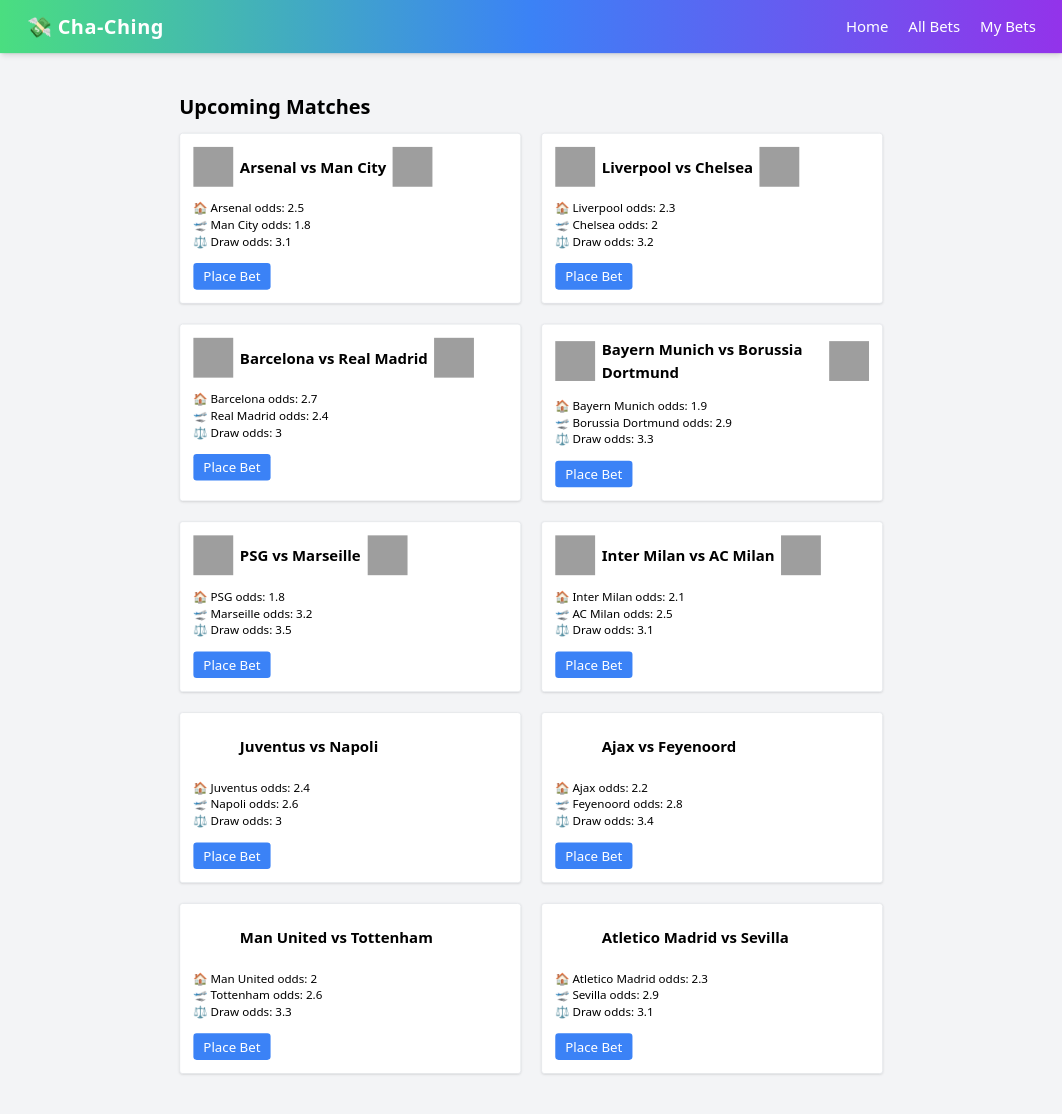
Repository: PEEZYBEE/cha-ching
Page: /bets
These files come from the project's save history. The page is drawn as it stood at one moment and after the next save; the edit follows.
The browser window is 1280 px wide. The pictures show the whole page, at 83% of full size.
Pictures or frames that could not be fetched are drawn as grey boxes. The project was rebuilt for these pictures with package versions that can differ from the ones it lists, and the page was loaded fresh each time. Requests to the local data server were answered from the project's data file. Also part of the build but not shown: vite.config.js, src/pages/HomePage.jsx, src/components/BetForm.jsx, src/pages/MyBetsPage.jsx, src/pages/ResultsPage.jsx.

Above is the page before, as saved 2025-04-20 17:35:35.

After the next save:
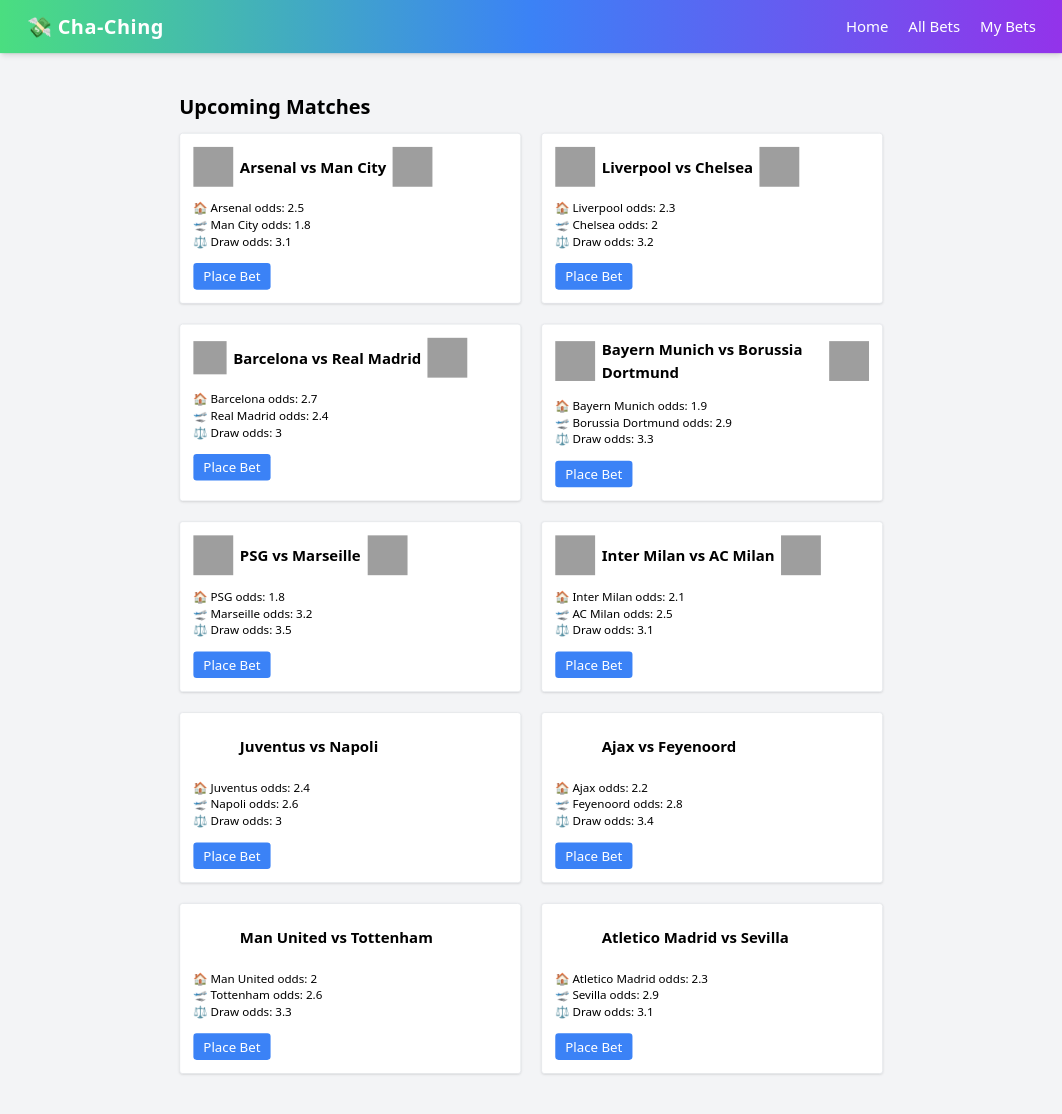
Saved 4 min 30 s later.
--- a/src/components/MatchCardFixed.jsx
+++ b/src/components/MatchCardFixed.jsx
@@ -1,15 +1,28 @@
 export default function MatchCardFixed({ match, onPlaceBet }) {
+  const smallLogoTeams = ["Barcelona"]; // Add more teams here if needed
+
+  const getLogoClass = (team) =>
+    smallLogoTeams.includes(team) ? "h-10 w-10" : "h-12 w-12";
+
   return (
     <div className="border p-4 rounded shadow bg-white">
-    <div className="flex items-center justify-between mb-4">
-      <div className="flex items-center gap-2">
-        <object data={match.homeTeamLogo} type="image/svg+xml" className="h-12 w-12" />
-        <span className="font-semibold text-lg">
-          {match.homeTeam} vs {match.awayTeam}
-        </span>
-        <object data={match.awayTeamLogo} type="image/svg+xml" className="h-12 w-12" />
+      <div className="flex items-center justify-between mb-4">
+        <div className="flex items-center gap-2">
+          <object
+            data={match.homeTeamLogo}
+            type="image/svg+xml"
+            className={getLogoClass(match.homeTeam)}
+          />
+          <span className="font-semibold text-lg">
+            {match.homeTeam} vs {match.awayTeam}
+          </span>
+          <object
+            data={match.awayTeamLogo}
+            type="image/svg+xml"
+            className={getLogoClass(match.awayTeam)}
+          />
+        </div>
       </div>
-    </div>
       <div className="text-sm mb-2">
         <p>🏠 {match.homeTeam} odds: {match.homeOdds}</p>
         <p>🛫 {match.awayTeam} odds: {match.awayOdds}</p>
